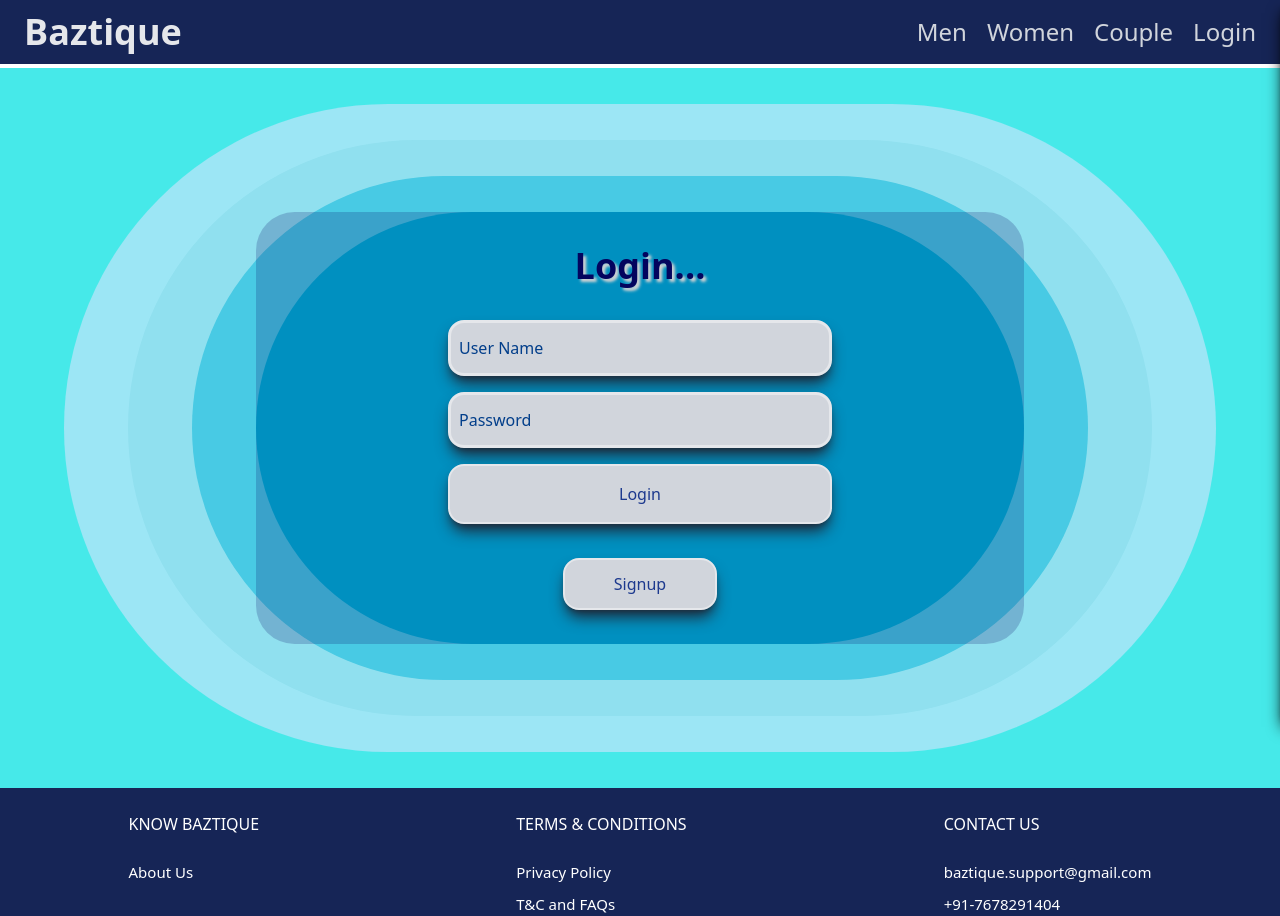
Repository: shahbazkarimi123/Baztique
Page: /watches/login (app in client/baztique/)
These files come from the project's save history. The page is drawn as it stood at one moment and after the next save; the edit follows.
The browser window is 1280 px wide. The pictures show the whole page.
The project was rebuilt for these pictures with package versions that can differ from the ones it lists, and the page was loaded fresh each time. Also part of the build but not shown: client/baztique/vite.config.ts, client/baztique/src/components/pages/home/homePage.css, client/baztique/src/services/HomePageServices.tsx, client/baztique/src/components/pages/home/box/WatchCard.tsx, client/baztique/src/components/pages/home/box/WatchList.tsx, client/baztique/src/components/pages/home/image-slider/imageSlider.css, client/baztique/src/components/pages/home/image-slider/ImageSlider.tsx, client/baztique/src/components/pages/home/HomePage.tsx and 12 more.

Above is the page before, as saved 2025-08-22 05:42:56.

### client/baztique/index.html
<!doctype html>
<html lang="en">
  <head>
    <meta charset="UTF-8" />
    <meta name="viewport" content="width=device-width, initial-scale=1.0" />
    <title>Baztique</title>
  </head>
  <body>
    <div id="root"></div>
    <script type="module" src="/src/main.tsx"></script>
  </body>
</html>

### client/baztique/src/index.css
html, body{
  overflow-x: hidden;

}

### client/baztique/src/App.tsx
import './App.css'
import Footer from './components/inc/Footer'
import HomePage from './components/pages/home/HomePage'
import NaviBar from './components/inc/NaviBar'
import { BrowserRouter as Router, Routes, Route } from 'react-router-dom';
import WatchDescription from './components/watch-details/WatchDescription';
import LoginUser from './components/authentication/Login';
import Signup from './components/authentication/Signup';
import PrivacyPolicy from './privacy-term/PrivacyPolicy';
import TermAndCondition from './privacy-term/TermAndCondition';
import WatchByGender from './components/pages/filterPage/WatchByGender';
import NotFound from './components/error/NotFound';
function App() {


  return (


    <Router>
    <div>
      <NaviBar/>
      <div className="home-page-body">

      <Routes>
        <Route path="/" element={<HomePage/>}/>
        <Route path="/watches/:id" element={<WatchDescription/>}/>
        <Route path="/watches/login" element={<LoginUser/>}/>
        <Route path="/watches/signup" element={<Signup/>}/>
        <Route path="/privacy-policy" element={<PrivacyPolicy/>}/>
        <Route path="/term-and-condition" element={<TermAndCondition/>}/>
        <Route path="/:genderParam" element={<WatchByGender/>}/>

        <Route path="*" element={<NotFound/>}/>
      </Routes>
      </div>

      <Footer/>
      </div>
      </Router>

  )
}

export default App

### client/baztique/src/App.css
@import "tailwindcss";

/* @theme{
  --breakpoint-sm:385px;
  --breakpoint-md: 640px;
} */
#root {
  margin: 0;
  padding: 0;

}

.home-page-body{

    padding-top: calc(var(--spacing) * 17);
}

### client/baztique/src/components/inc/Footer.tsx
import { Link } from "react-router-dom";

function Footer() {
  return (
    <div className="w-full bg-blue-950 text-white md:flex justify-around  text-center md:text-left pt-6">
      <div>
        <h1 className="">KNOW BAZTIQUE</h1>
        <ul className="pt-6 flex flex-col gap-2">
          <li>
            <Link to={""} className="text-[15px]">About Us</Link>
          </li>
        </ul>
      </div>
      <div>
        <h1>TERMS & CONDITIONS</h1>
        <ul className="pt-6 flex flex-col gap-2">
          <li>
            <Link to={"/privacy-policy"} className="text-[15px]">Privacy Policy</Link>
          </li>
          <li>
            <Link to={"/term-and-condition"} className="text-[15px]">T&C and FAQs</Link>
          </li>
        </ul>
      </div>
      <div>
        <h1>CONTACT US</h1>
        <ul className="pt-6 flex flex-col gap-2">
          <li>
            <Link to={""} className="text-[15px]">baztique.support@gmail.com</Link>
          </li>
          <li>
            <Link to={""} className="text-[15px]">+91-7678291404</Link>
          </li>
        </ul>
      </div>
    </div>
  );
}
export default Footer;

### client/baztique/src/components/inc/NaviBar.tsx
import { useState } from "react";
import { Menu, X } from "lucide-react";
import { Link } from "react-router-dom";
function NaviBar() {
  const [open, setOpen] = useState(false);
  return (
    <div
      className="fixed top-0 w-full
      bg-blue-950 h-16 flex items-center justify-between z-50
        "
    >
      <div>
        <h1 className="text-gray-200 font-bold text-4xl pl-6 hover:cursor-pointer">
          <Link to="/">Baztique</Link>
        </h1>
      </div>
      <div className="hidden sm:flex items-center pr-6 space-x-5">
        <Link
          to="/men-watches"


          className="text-gray-300 hover:text-white cursor-pointer text-lg sm:text-2xl"
        >
          Men
        </Link>
        <Link
          to={"#"}
          className="text-gray-300 hover:text-white cursor-pointer text:lg sm:text-2xl"
        >
          Women
        </Link>
        <Link
          to={"#"}
          className="text-gray-300 hover:text-white cursor-pointer text:lg sm:text-2xl"
        >
          Couple
        </Link>
        <Link className="text-gray-300 hover:text-white cursor-pointer text-lg sm:text-2xl" to={`/watches/login`}>
          Login

        </Link>
      </div>
      <Link className="sm:hidden text-gray-300 hover:text-white cursor-pointer text-lg sm:text-2xl" to={`/watches/login`}>

          Login

        </Link>
      <button
        className="sm:hidden text-gray-300 pl-0 mx-0 pr-5"
        onClick={() => setOpen(true)}
      >
        <Menu size={28} />
      </button>
      {open && (
        <div
          className="fixed inset-0 z-50"
          onClick={() => setOpen(false)}
        ></div>
      )}
      <div
        className={`fixed top-0 right-0 h-full w-48 sm:w-56 bg-blue-950 border-none shadow-black shadow-lg z-50 transform transition-transform duration-300 ${
          open ? "translate-x-0" : "translate-x-full"
        }`}
      >
        <div className="flex justify-end p-4">
          <button onClick={() => setOpen(false)}>
            <X size={28} className="text-gray-300" />
          </button>
        </div>
        <nav className=" flex flex-col space-y-4 px-6">
          <h1 className="text-gray-200 font-bold text-3xl">Baztique</h1>
          <Link to={"#"} className="text-gray-300 hover:text-white text-lg">
            Men
          </Link>
          <Link to={"#"} className="text-gray-300 hover:text-white text-lg">
            Women
          </Link>
          <Link to={"#"} className="text-gray-300 hover:text-white text-lg">
            Couple
          </Link>
        </nav>
      </div>
    </div>
  );
}
export default NaviBar;

### client/baztique/src/components/authentication/Login.tsx
import "./login.css";
import React, { useState } from "react";
import { useNavigate, Link } from "react-router-dom";

function LoginUser() {
  const [form, setForm] = useState({
    userName: "",
    password: "",
  });
  const navigate = useNavigate();

  const handleChange = (e: React.ChangeEvent<HTMLInputElement>) => {
    const { name, value } = e.target;
    setForm((prev) => ({
      ...prev,
      [name]: value,
    }));
  };
  const handleSubmit = (e: React.FormEvent) => {
    e.preventDefault();
    if (form.userName === "karimi" && form.password === "123456") {
      navigate("/");
    } else {
      alert("Invalid User or Password");
    }
    console.log("Form data", form);
  };
  return (
    <div className="">
      <div className="relative w-screen h-screen bg-gray-100">
        <div className="absolute inset-0 bg-[#46e9e9] w-[100%] h-[100%] m-auto hover:bg-[#caf0f0]"></div>
        <div className="absolute inset-0 rounded-full bg-[#9ce6f5] w-[90%] h-[90%] m-auto hover:bg-[#caf0f0]"></div>
        <div className="absolute inset-0 rounded-full bg-[#90e0ef] w-[80%] h-[80%] m-auto hover:bg-[#caf0f0]"></div>
        <div className="absolute inset-0 rounded-full bg-[#48cae4] w-[70%] h-[70%] m-auto hover:bg-[#caf0f0]"></div>
        <div className="absolute inset-0 rounded-full bg-[#00b4d8] w-[60%] h-[60%] m-auto z-20 hover:bg-[#caf0f0]">
          <div className="bg-[#03045e]/20 h-full w-full rounded-[2.4rem] flex flex-col justify-evenly z-30">
            <div>
              <h1
                className="text-center font-bold text-4xl text-[#03045e]
              [text-shadow:_3px_3px_3px_lightgray]"
              >
                Login...
              </h1>
            </div>

            <div className="">
              <form
                onSubmit={handleSubmit}
                className="flex flex-col gap-7 md:gap-4 justify-center items-center"
              >
                <input
                  type="text"
                  name="userName"
                  placeholder="User Name"
                  value={form.userName}
                  onChange={handleChange}
                  className="bg-gray-300 w-[95%] md:w-[50%] h-14 rounded-2xl px-2 placeholder-[#023e8a]
                border-3 border-gray-200 outline-gray-200 focus:ring-0 shadow-gray-800 shadow-lg text-blue-900 font-medium"
                ></input>
                <input
                  type="text"
                  name="password"
                  placeholder="Password"
                  value={form.password}
                  onChange={handleChange}
                  className="bg-gray-300 w-[95%] md:w-[50%] h-14 rounded-2xl px-2 placeholder-[#023e8a]
                border-3 border-gray-200 outline-gray-200 focus:ring-0 shadow-gray-800 shadow-lg text-blue-900 font-medium"
                ></input>
                <button
                  type="submit"
                  className=" bg-gray-300 w-[95%] md:w-[50%] py-4 rounded-2xl border-2 border-gray-200
                shadow-lg shadow-gray-800 text-blue-900 font-medium
                hover:shadow-2xl hover:bg-gray-400 cursor-pointer"
                >
                  Login
                </button>
              </form>
            </div>
            <div className="flex justify-center">
              <Link
                to={"/watches/signup"}
                className=" bg-gray-300 w-[45%] md:w-[20%] py-3 text-center rounded-2xl border-2 border-gray-200
                shadow-gray-800 shadow-lg text-blue-900 font-medium hover:bg-gray-400"
              >
                Signup
              </Link>
            </div>
          </div>
        </div>
        <div className="absolute inset-0 rounded-full bg-[#0096c7] w-[50%] h-[50%] m-auto"></div>
        {/* <div className="absolute inset-0 rounded-full bg-[#] w-[40%] h-[40%] m-auto">

        </div>
        <div className="absolute inset-0 rounded-full bg-[#] w-[30%] h-[30%] m-auto"></div>
        <div className="absolute inset-0 rounded-full bg-[#] w-[20%] h-[20%] m-auto"></div>
        <div className="absolute inset-0 rounded-full bg-[#] w-[10%] h-[10%] m-auto"></div> */}
      </div>
    </div>
  );
}

export default LoginUser;

Loaded but not shown: client/baztique/src/main.tsx (common file)

After the next save:
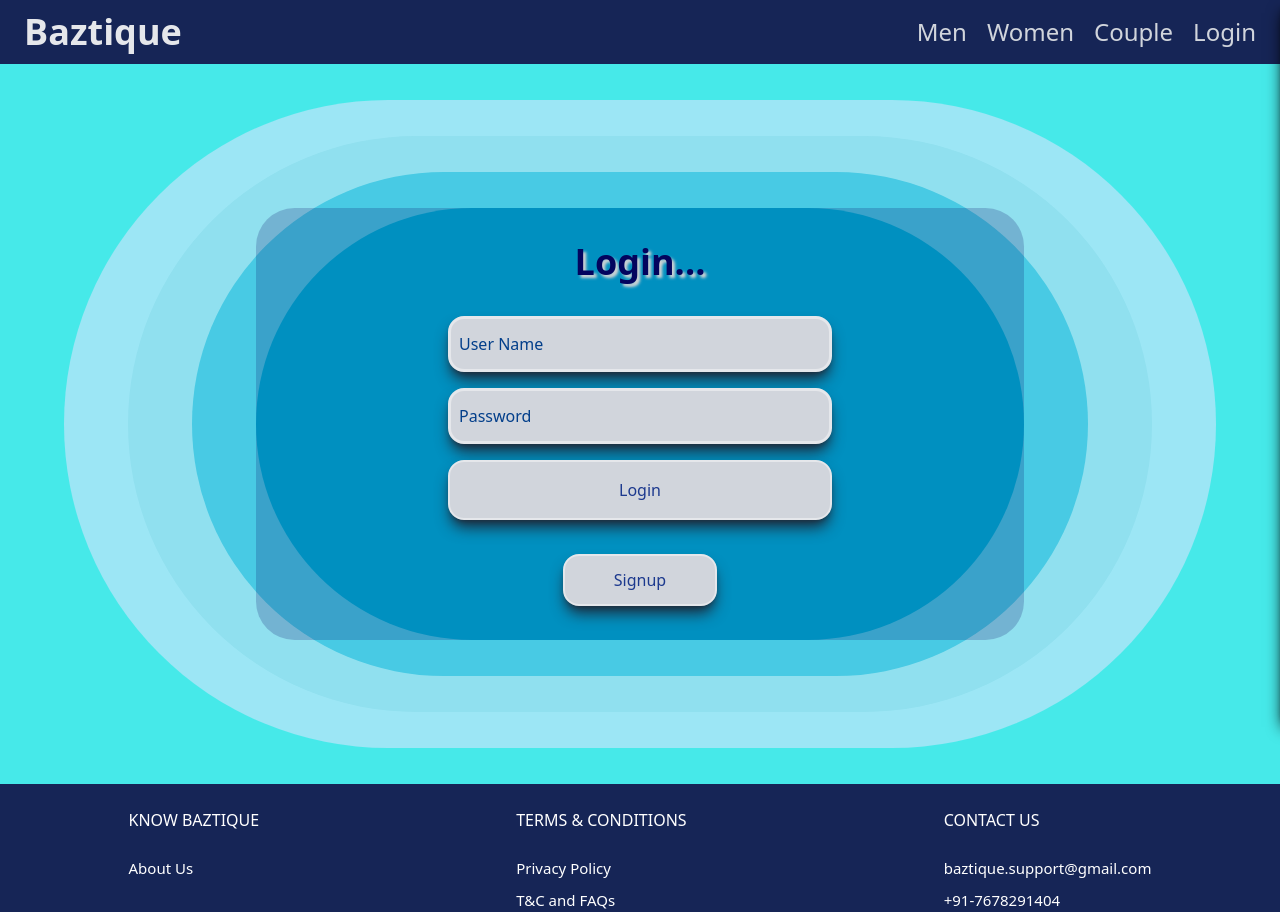
Saved 22 s later.
--- a/client/baztique/src/App.css
+++ b/client/baztique/src/App.css
@@ -12,5 +12,5 @@
 
 .home-page-body{
 
-    padding-top: calc(var(--spacing) * 17);
+    padding-top: calc(var(--spacing) * 16);
 }
